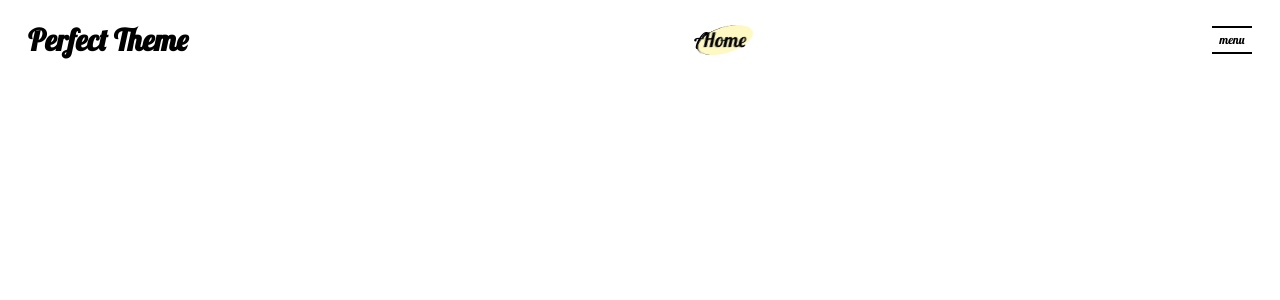
Repository: hsumyatm7308/laravel-blog
Page: blogweb/resources/views/blog/headerlayout.html
These files come from the project's save history. The page is drawn as it stood at one moment and after a run of saves; the edit follows.
The browser window is 1280 px wide. The pictures show the whole page.
Some web libraries are served in a nearby version.

Above is the page before, as saved 2023-09-06 14:28:02.

### blogweb/resources/views/blog/headerlayout.html
<!DOCTYPE html>
<html>

<head>
    <title>@yield('title')</title>
    <script src="https://cdn.tailwindcss.com"></script>
    <link rel="stylesheet" href="https://cdnjs.cloudflare.com/ajax/libs/font-awesome/6.4.2/css/all.min.css">

</head>
<style>
    /* for nav  */
    @import url('https://fonts.googleapis.com/css2?family=Lobster&display=swap');
    /* for body  */
    @import url('https://fonts.googleapis.com/css2?family=Lato&display=swap');


    body {
        font-family: 'Lato', sans-serif;
    }

    nav {
        font-family: 'Lobster', cursive;
    }


    .container {
        width: 80%;
        height: auto;
        /* background-color: antiquewhite; */

        display: flex;
        justify-content: center;
        align-items: center;

        position: relative;


    }

    .navlabel {
        position: relative;
        /* background-color: aqua; */
    }

    .lictn {
        position: relative;
    }

    .skewtextctn,
    .skewtextctn2 {
        width: 50px;
        height: 30px;
        border-radius: 100%;
        border-left: 1px solid black;

        position: fixed;
        top: 25px;




        transform: skew(-40deg);

    }

    .skewtextctn {
        left: 700px;
    }

    .skewtextctn2 {
        left: 800px;
    }



    .article {
        position: fixed;
        left: 1px;

        top: 1px;
        transform: skew(40deg);

    }

    .skewtextctn:hover,
    .skewtextctn2:hover {
        transition: all .5s;
        background-color: rgb(51 65 85);
    }

    .skewtextctn:hover .article,
    .skewtextctn2:hover .article {
        color: #000;
    }


    /* Define the transition effect */
    #menu-modal {
        display: none;
        transition: opacity .5s ease-in-out;

    }
</style>

<body class="bg-[#ffff]">
    <!-- nav  -->
    <nav class="w-[100vw] flex justify-center items-center">
        <h1 class="text-3xl font-semibold">Perfect Theme</h1>

        <div class="w-[80%] h-20 flex justify-center items-center container">
            <div class="flex justify-between items-center list-none navlabel">
                <li class="p-5 mr-4 lictn">
                    <div class="bg-yellow-100 skewtextctn">
                        <a href="" class="text-xl text-black article">Home</a>
                    </div>
                </li>

                <li class="p-5 mr-4">
                    <div class=" active">
                        <a href="" class="text-xl text-black ">Article</a>
                    </div>
                </li>
            </div>


        </div>

        <div class=" menu cursor-pointer">
            <span class="text-xs flex justify-center items-center flex-col">
                <div class="w-10 h-[2px] bg-black"></div>
                <span class="p-1 hover:self-end hover:text-yellow-500"> menu</span>
                <div class="w-10 h-[2px] bg-black font-semibold"></div>
            </span>
        </div>
    </nav>



    <!-- banner  -->
    <section>
        <div class="w-full grid grid-cols-6">
            <div class="col-span-2 bg-stone-100">

            </div>
            <div class="col-span-4 bg-yellow-100">

            </div>

        </div>
    </section>




    <div id="menu-modal"
        class="menu-modal w-[100%]  h-screen bg-[linear-gradient(rgba(233,233,233,.5),rgba(233,233,233,.5))] absolute left-0 top-0 flex justify-center items-center">
        <div id="blankspace" class="w-[100%] h-[100vh] p-0 ">

        </div>
        <div class="max-w-[500px] h-[100vh] bg-white absolute right-0 top-0  border border-slate-100">

            <div class="w-full h-40 flex justify-center items-center">
                <form action="" method="post" class="relative">
                    <i class="fa-solid fa-magnifying-glass text-stone-500 text-lg absolute left-3 top-[12px]"></i>
                    <input type="search"
                        class=" border-2 px-32 py-3 pl-10 bg-stone-100 font-thin focus:outline-none	focus:border focus:border-emerald-600 focus:ring-1 focus:ring-emerald-400"
                        placeholder="Search...">
                </form>
            </div>
            <hr>


            <div class="mt-4">
                <div class="px-14 py-4 group hover:text-emerald-600">
                    <li class="list-none pb-5 cursor-pointer">
                        <a href="" class="uppercase text-sm font-semibold group-hover:text-emerald-600">Lorem ipsum</a>
                        <p class="text-stone-400 mt-2 group-hover:text-emerald-600">dolor sit amet consectetur elit.</p>
                    </li>
                    <hr>
                </div>


                <div class="px-14 py-4 group hover:text-emerald-600">
                    <li class="list-none pb-5 cursor-pointer">
                        <a href="" class="uppercase text-sm font-semibold group-hover:text-emerald-600">dolor sit</a>
                        <p class="text-stone-400 mt-2 group-hover:text-emerald-600"> amet consectetur dolor sit
                            adipisicing elit.</p>

                    </li>
                    <hr>
                </div>


                <div class="px-14 py-4 group hover:text-emerald-600">
                    <li class="list-none pb-5 cursor-pointer">
                        <a href="" class="uppercase text-sm font-semibold  group-hover:text-emerald-600">dolor sit</a>
                        <p class="text-stone-400 mt-2 group-hover:text-emerald-600"> amet consectetur dolor adipisicing.
                        </p>

                    </li>
                    <hr>
                </div>

                <div class="px-14 py-4 group hover:text-emerald-600">
                    <li class="list-none  pb-3 hover:text-emerald-400 cursor-pointer">
                        <a href="" class="uppercase text-sm font-semibold group-hover:text-emerald-600">amet consectetur
                        </a>
                        <p class="text-stone-400 mt-2 group-hover:text-emerald-600"> consectetur sit adipisicing elit.
                        </p>

                    </li>

                </div>
                <hr class="mb-10">

                <div class=" px-14">
                    <div
                        class="px-4 py-4 border-2 flex justify-center items-center mt-5 hover:border-emerald-600 hover:text-emerald-500 ease-in duration-300 ">
                        <button class="uppercase text-sm">Log in</button>
                    </div>


                </div>
            </div>

        </div>

    </div>


    <script>
        const menumodal = document.getElementById("menu-modal");
        const menu = document.querySelector('.menu');

        menu.addEventListener('click', function () {
            menumodal.style.opacity = "1";
            setTimeout(() => {
                menumodal.style.display = "block";
            }, 200);
        });

        const blankspace = document.getElementById('blankspace');
        blankspace.addEventListener('click', () => {
            menumodal.style.opacity = "0";
            setTimeout(() => {
                menumodal.style.display = "none";
            }, 500);
        });


    </script>
</body>

</html>

<!-- 5PE  -->

After the next 2 saves:
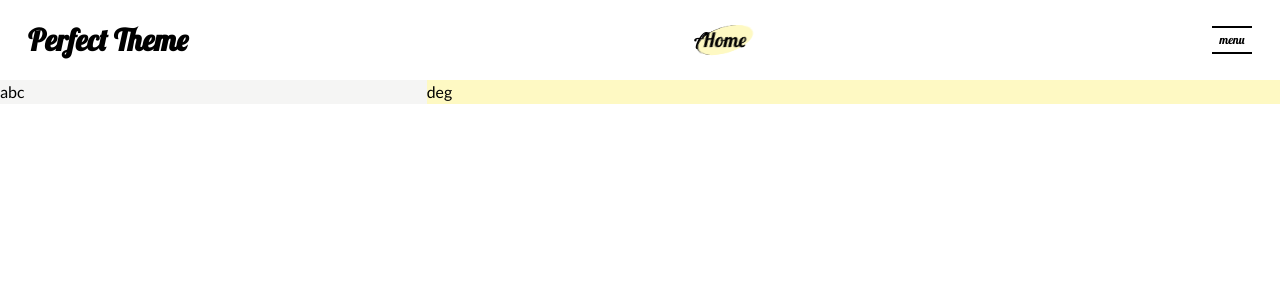
The 2 saves are shown as one change because they came seconds apart.
The last was saved 14 s later.
--- a/blogweb/resources/views/blog/headerlayout.html
+++ b/blogweb/resources/views/blog/headerlayout.html
@@ -138,12 +138,13 @@
 
     <!-- banner  -->
     <section>
-        <div class="w-full grid grid-cols-6">
+        <div class="w-screen grid grid-cols-6">
             <div class="col-span-2 bg-stone-100">
+                abc
 
             </div>
             <div class="col-span-4 bg-yellow-100">
-
+deg
             </div>
 
         </div>
